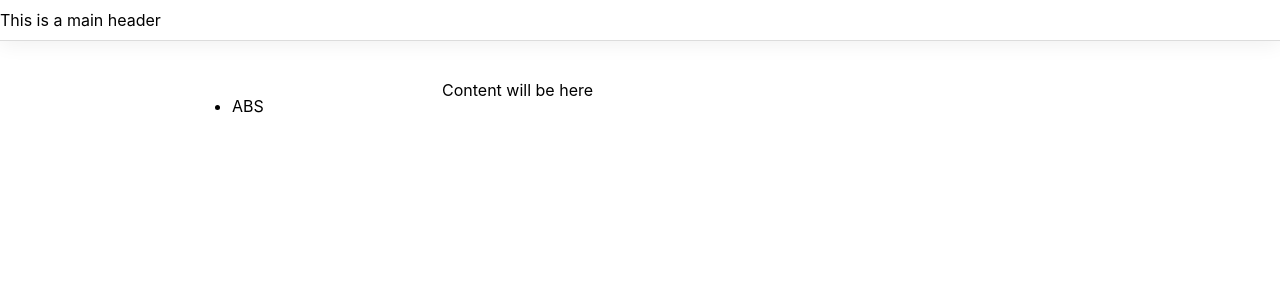
Repository: ChathurangaCPM/developer-forum
Page: / (app in client/)
An editor plug-in stored every save of this project. The page is shown before and after a run of saves, followed by the edit.
The browser window is 1280 px wide. The pictures show the whole page.
The project was rebuilt for these pictures with package versions that can differ from the ones it lists, and the page was loaded fresh each time.

Above is the page before, as saved 2022-05-09 20:34:27.

### client/public/index.html
<!DOCTYPE html>
<html lang="en">
  <head>
    <meta charset="utf-8" />
    <link rel="icon" href="%PUBLIC_URL%/favicon.ico" />
    <meta name="viewport" content="width=device-width, initial-scale=1" />
    <meta name="theme-color" content="#000000" />
    <meta
      name="description"
      content="Web site created using create-react-app"
    />
    <link rel="apple-touch-icon" href="%PUBLIC_URL%/logo192.png" />
    <link rel="manifest" href="%PUBLIC_URL%/manifest.json" />

    <title>React App</title>
  </head>
  <body>
    <noscript>You need to enable JavaScript to run this app.</noscript>
    <div id="root"></div>

  </body>
</html>

### client/src/App.js
import MainHeader from "./components/MainHeader/MainHeader";
import SideBar from "./components/SideBar/SideBar";
import './App.min.css';

function App() {
	return (
		<div className="main_wrapper">
			<MainHeader/>
			<div className="wrap_inner_data">
				<div className="side_bar">
					<SideBar/>
				</div>
				<div className="main_content_area">
					Content will be here
				</div>
			</div>
		</div>
	);
}

export default App;

### client/src/components/MainHeader/MainHeader.js
import '../../scss/componets/MainHeader/MainHeader.min.css';

function MainHeader() {
	return (
		<div className="main_header">
            This is a main header
		</div>
	);
}

export default MainHeader;

### client/src/components/SideBar/SideBar.js
function SideBar() {
	return (
		<div className="main_sidebar_wrapper">
			<div className="menu_area">
                <ul>
                    <li>ABS</li>
                </ul>
            </div>
		</div>
	);
}

export default SideBar;

### client/src/App.min.css
:root{--primary-color: rgb(30, 17, 103);--secondary-color: #ddd;--border-color: #dcdcdc}.main_wrapper{padding-top:80px}.main_wrapper .wrap_inner_data{display:-webkit-box;display:-ms-flexbox;display:flex;-ms-flex-wrap:wrap;flex-wrap:wrap;max-width:70%;margin:0 auto}.main_wrapper .wrap_inner_data .side_bar{width:250px}.main_wrapper .wrap_inner_data .main_content_area{width:calc(100% - 250px)}img{width:100%}

### client/src/scss/componets/MainHeader/MainHeader.min.css
.main_header{padding:10px 0;border-bottom:1px solid var(--border-color);-webkit-box-shadow:0px 4px 20px 0px rgba(0,0,0,0.06);box-shadow:0px 4px 20px 0px rgba(0,0,0,0.06);position:fixed;top:0;width:100%;z-index:10px;background:#fff}.main_header .wrap_middle{max-width:70%;margin:0 auto;display:-webkit-box;display:-ms-flexbox;display:flex;-webkit-box-align:center;-ms-flex-align:center;align-items:center}.main_header .wrap_middle .main_logo{width:250px}.main_header .wrap_middle .main_logo span{font-size:25px;font-weight:bold;text-transform:uppercase}.main_header .wrap_middle .search_form{width:calc(100% - 500px)}.main_header .wrap_middle .search_form input{border:none;font-size:16px;line-height:16px;height:35px;border-radius:20px;outline:none;background:var(--border-color);padding:0 15px}.main_header .wrap_middle .user_pro{width:250px;display:-webkit-box;display:-ms-flexbox;display:flex;-webkit-box-align:center;-ms-flex-align:center;align-items:center;-webkit-box-pack:end;-ms-flex-pack:end;justify-content:flex-end}.main_header .wrap_middle .user_pro img{width:40px;height:40px;border-radius:100%;overflow:hidden}.main_header .wrap_middle .user_pro span{padding-left:10px;font-weight:500}

Loaded but not shown: client/src/index.js (common file); client/src/index.css (common file); client/src/reportWebVitals.js (common file)

After the next 2 saves:
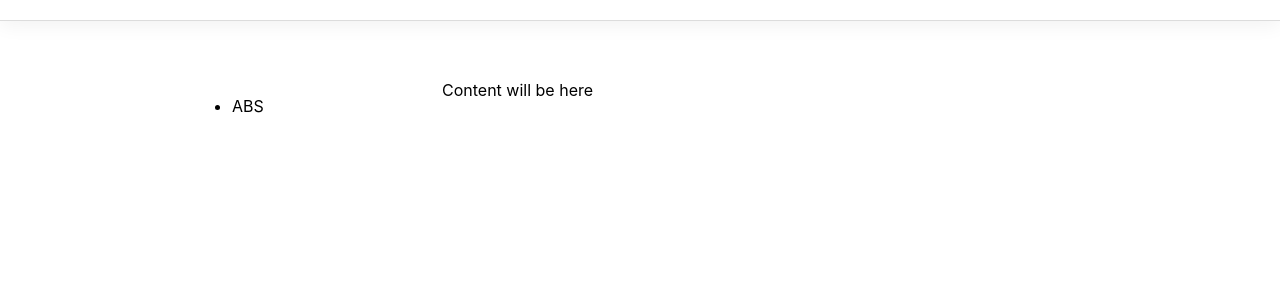
The 2 saves are shown as one change because 1 did not build or start.
The last was saved 3 min 1 s later.
--- a/client/src/components/MainHeader/MainHeader.js
+++ b/client/src/components/MainHeader/MainHeader.js
@@ -1,9 +1,13 @@
+import Link from 'react-dom';
+
 import '../../scss/componets/MainHeader/MainHeader.min.css';
 
 function MainHeader() {
 	return (
 		<div className="main_header">
-            This is a main header
+            <div className="main_logo">
+
+			</div>
 		</div>
 	);
 }
